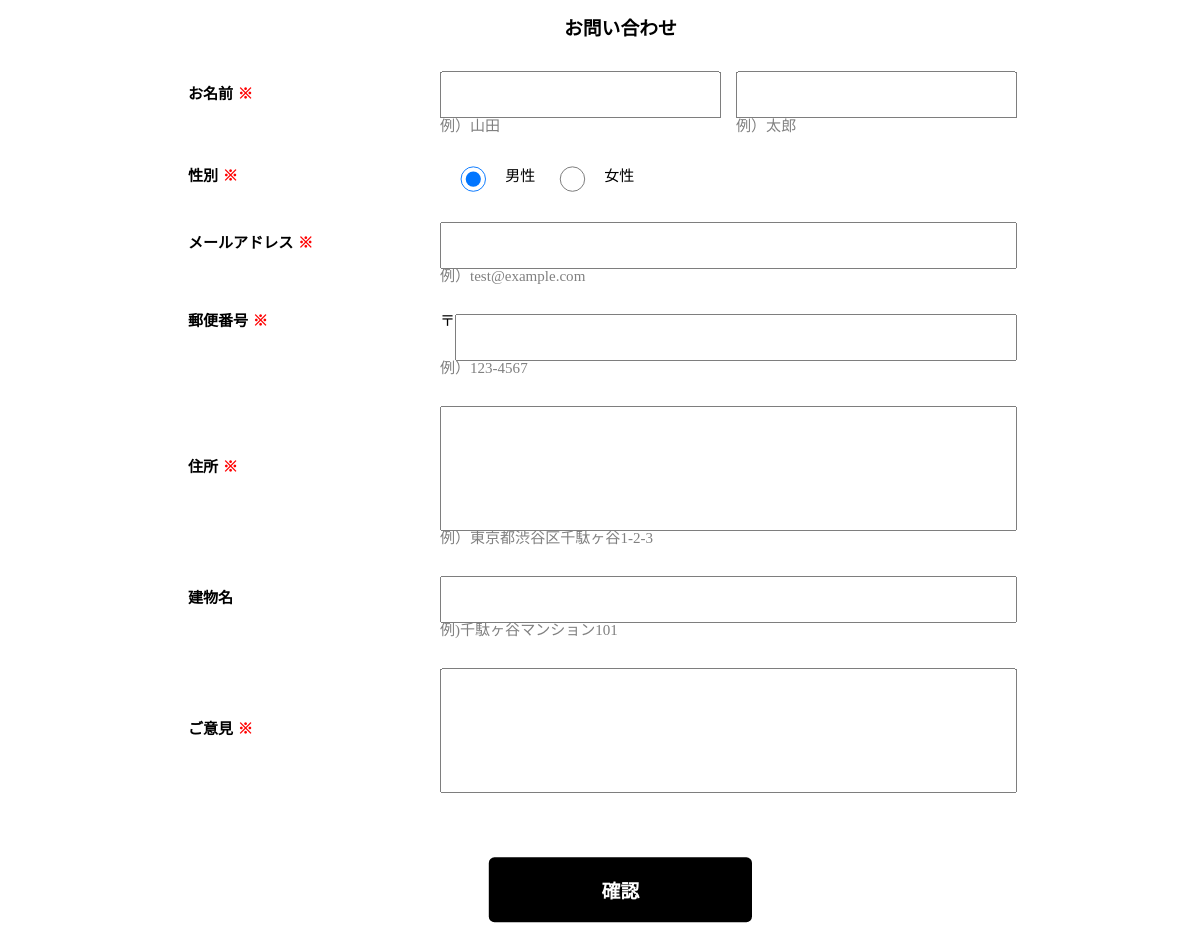
Repository: masanarimiura/20220723_miura_advance_test
Page: http://localhost/
An editor plug-in stored every save of this project. The page is shown before and after the next save, followed by the edit.
The browser window is 1280 px wide. The pictures show the whole page, at 94% of full size.
The page is served by the project's Laravel application, run on PHP 8.4 with Laravel 8.

Above is the page before, as saved 2022-07-22 13:07:28.

After the next save:
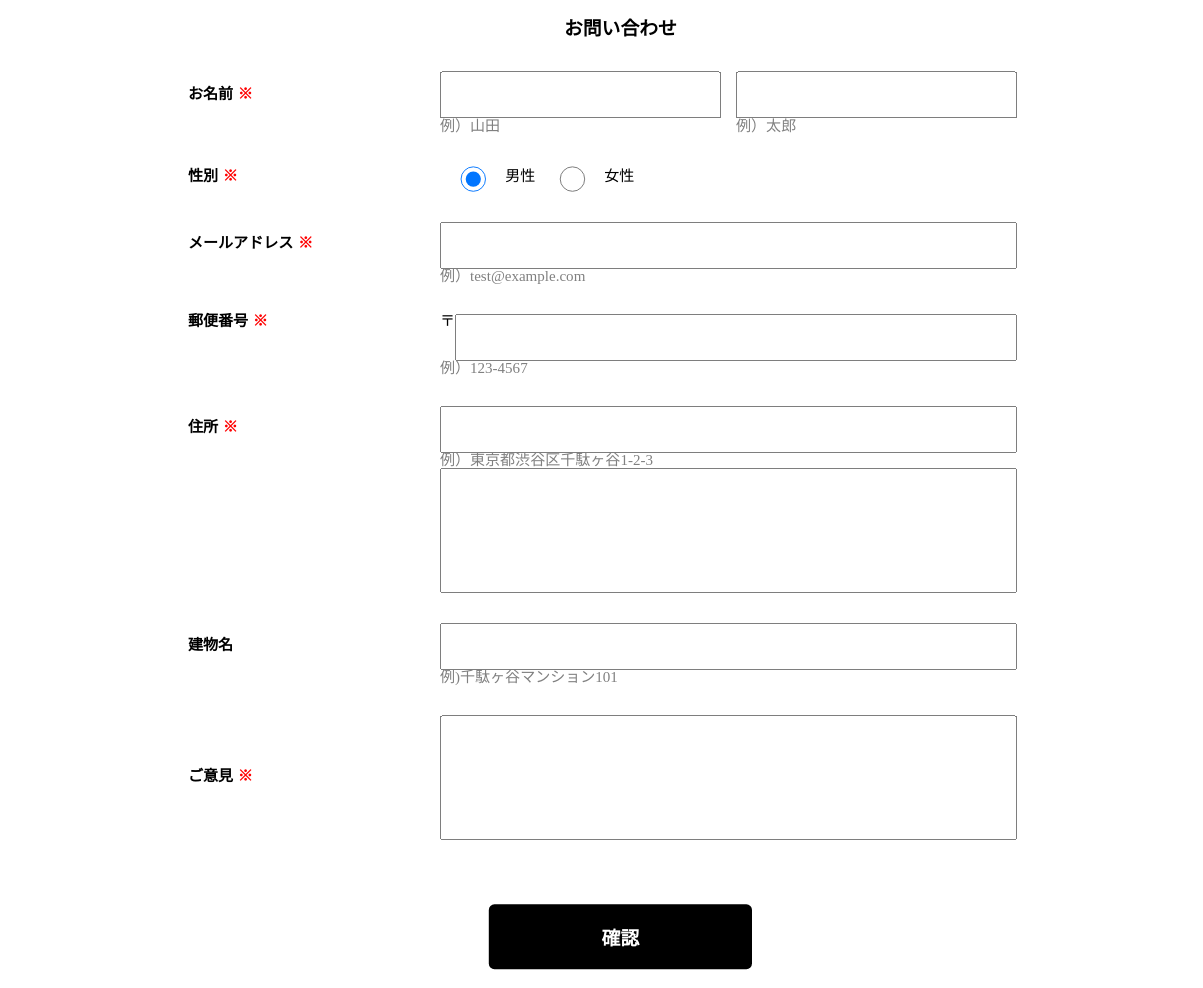
Saved 48 s later.
--- a/resources/views/index.blade.php
+++ b/resources/views/index.blade.php
@@ -252,9 +252,16 @@
         <tr>
           <th>住所<span >※</span></th>
           <td colspan="2">
-            <input type="text" name="address" value="{{ old('address') }}" class="p-region p-locality p-street-address p-extended-address opinion" id="address">
+            <input type="text" name="address" value="{{ old('address') }}" class="p-region p-locality p-street-address p-extended-address" id="address">
             <p class="example">例）東京都渋谷区千駄ヶ谷1-2-3</p>
-            <p class="notError" id="address_error">※住所を正しく入力してください</p>
+
+
+            <input type="text" name="opinion" value="{{ old('opinion') }}" class="opinion" id="opinion">
+            <p class="notError" id="opinion_error">※ご意見を120字以内で入力してください</p>
+
+
+
+
           </td>
         </tr>
         <tr>

After the 4 saves that followed:
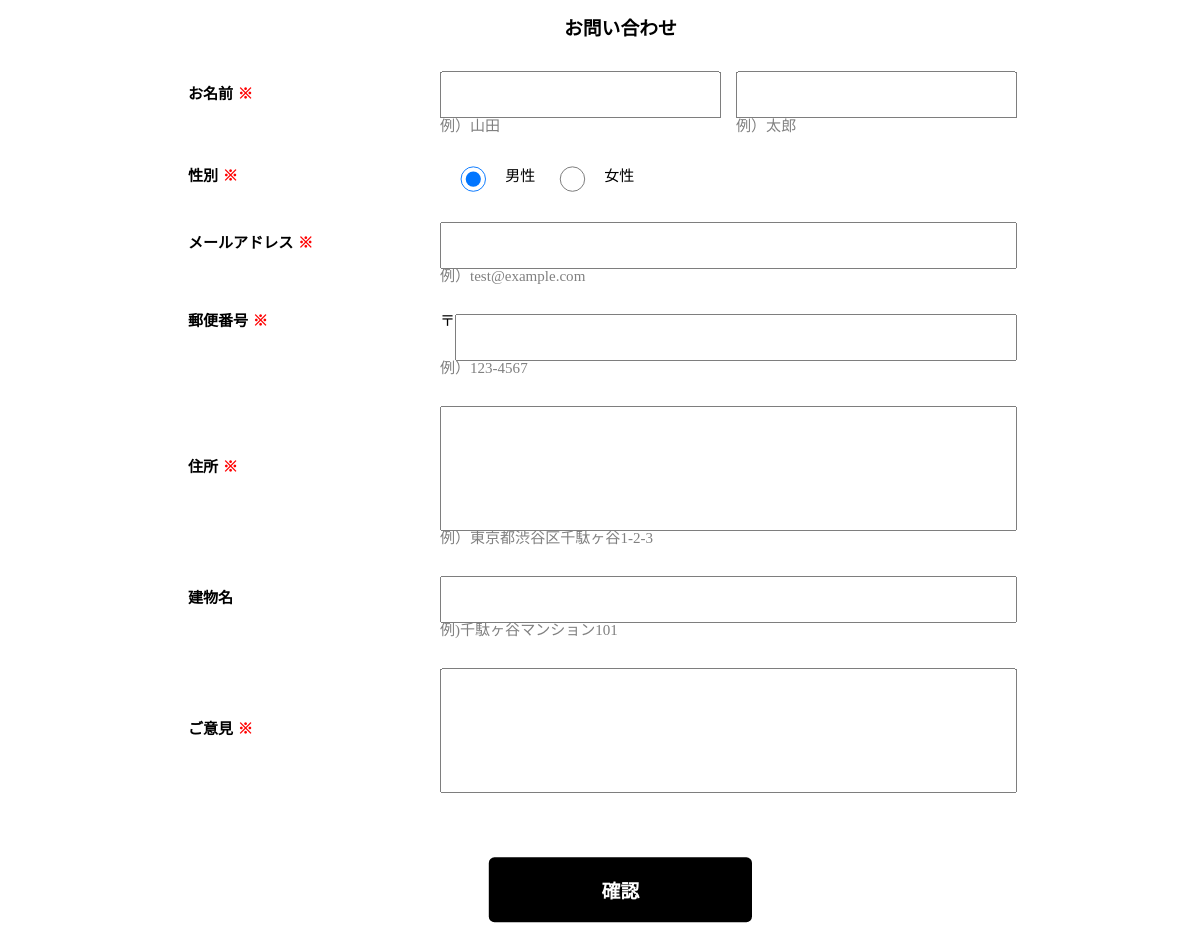
The 4 saves are shown as one change because 2 left the picture as it was and some came seconds apart.
The last was saved 22 s later.
--- a/resources/views/index.blade.php
+++ b/resources/views/index.blade.php
@@ -252,16 +252,9 @@
         <tr>
           <th>住所<span >※</span></th>
           <td colspan="2">
-            <input type="text" name="address" value="{{ old('address') }}" class="p-region p-locality p-street-address p-extended-address" id="address">
+            <input type="text" name="address" value="{{ old('address') }}" class="p-region p-locality p-street-address p-extended-address opinion" id="address">
             <p class="example">例）東京都渋谷区千駄ヶ谷1-2-3</p>
-
-
-            <input type="text" name="opinion" value="{{ old('opinion') }}" class="opinion" id="opinion">
-            <p class="notError" id="opinion_error">※ご意見を120字以内で入力してください</p>
-
-
-
-
+            <p class="notError" id="address_error">※住所を正しく入力してください</p>
           </td>
         </tr>
         <tr>
